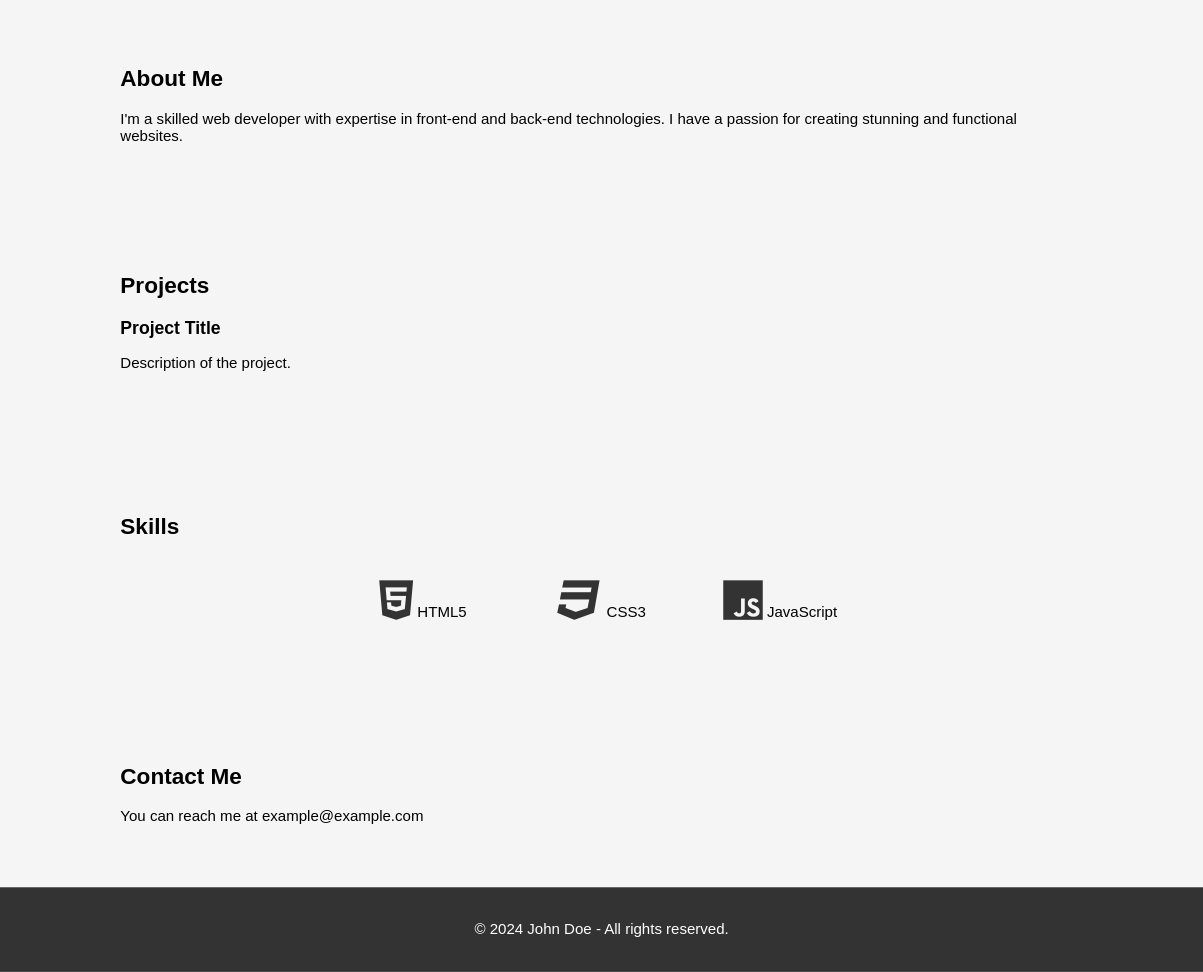
Repository: JaswanthT1/Portfolio
Page: index.html
These files come from the project's save history. The page is drawn as it stood at one moment and after a run of saves; the edit follows.
The browser window is 1280 px wide. The pictures show the part of the page from y = 718 to 1752 px (the page is 1752 px tall), at 94% of full size.

Above is the page before, as saved 2024-04-25 08:32:59.
Not found: script.js

### index.html
<!DOCTYPE html>
<html lang="en">
  <head>
    <meta charset="UTF-8" />
    <meta name="viewport" content="width=device-width, initial-scale=1.0" />
    <title>My Premium Portfolio</title>
    <link rel="stylesheet" href="style.css" />
    <link
      rel="stylesheet"
      href="https://cdnjs.cloudflare.com/ajax/libs/font-awesome/5.15.4/css/all.min.css"
    />
  </head>
  <body>
    <header>
      <div class="container">
        <h1>John Doe</h1>
        <nav>
          <ul>
            <li><a href="#about">About</a></li>
            <li><a href="#projects">Projects</a></li>
            <li><a href="#skills">Skills</a></li>
            <li><a href="#contact">Contact</a></li>
          </ul>
        </nav>
      </div>
    </header>

    <section id="hero">
      <div class="hero-content">
        <h2>Welcome to My Premium Portfolio</h2>
        <p>I'm a passionate developer ready to bring your projects to life.</p>
        <a href="#contact" class="btn">Hire Me</a>
      </div>
    </section>

    <section id="about">
      <div class="container">
        <h2>About Me</h2>
        <p>
          I'm a skilled web developer with expertise in front-end and back-end
          technologies. I have a passion for creating stunning and functional
          websites.
        </p>
      </div>
    </section>

    <section id="projects">
      <div class="container">
        <h2>Projects</h2>
        <div class="project">
          <h3>Project Title</h3>
          <p>Description of the project.</p>
        </div>
        <!-- Add more projects here -->
      </div>
    </section>

    <section id="skills">
      <div class="container">
        <h2>Skills</h2>
        <div class="skills">
          <div class="skill">
            <i class="fab fa-html5"></i>
            <span>HTML5</span>
          </div>
          <div class="skill">
            <i class="fab fa-css3"></i>
            <span>CSS3</span>
          </div>
          <div class="skill">
            <i class="fab fa-js"></i>
            <span>JavaScript</span>
          </div>
          <!-- Add more skills here -->
        </div>
      </div>
    </section>

    <section id="contact">
      <div class="container">
        <h2>Contact Me</h2>
        <p>You can reach me at example@example.com</p>
      </div>
    </section>

    <footer>
      <div class="container">
        <p>&copy; 2024 John Doe - All rights reserved.</p>
      </div>
    </footer>

    <script src="script.js"></script>
  </body>
</html>

### style.css
/* Basic styles */

body {
    font-family: Arial, sans-serif;
    margin: 0;
    padding: 0;
    background-color: #f5f5f5;
}

.container {
    width: 80%;
    margin: 0 auto;
}

header {
    background-color: #333;
    color: #fff;
    padding: 20px 0;
}

header h1 {
    margin: 0;
}

nav ul {
    list-style: none;
    padding: 0;
}

nav ul li {
    display: inline;
    margin-right: 20px;
}

nav ul li a {
    color: #fff;
    text-decoration: none;
}

section {
    padding: 50px 0;
}

/* Hero section styles */

#hero {
    background-image: url('hero-bg.jpg');
    background-size: cover;
    background-position: center;
    color: #fff;
    text-align: center;
    padding: 200px 0;
}

.hero-content {
    max-width: 600px;
    margin: 0 auto;
}

.hero-content h2 {
    font-size: 36px;
    margin-bottom: 20px;
}

.hero-content p {
    font-size: 18px;
    margin-bottom: 40px;
}

.btn {
    display: inline-block;
    background-color: #333;
    color: #fff;
    padding: 10px 20px;
    text-decoration: none;
    border-radius: 5px;
}

.btn:hover {
    background-color: #555;
}

/* Project section styles */

.project {
    margin-bottom: 30px;
}

.project h3 {
    margin-top: 0;
}

/* Skills section styles */

.skills {
    display: flex;
    flex-wrap: wrap;
    justify-content: center;
}

.skill {
    text-align: center;
    margin: 0 20px;
    padding: 20px 0;
    width: 150px;
}

.skill i {
    font-size: 48px;
    margin-bottom: 10px;
    color: #333;
}

/* Footer styles */

footer {
    background-color: #333;
    color: #fff;
    text-align: center;
    padding: 20px 0;
}

After the next 2 saves:
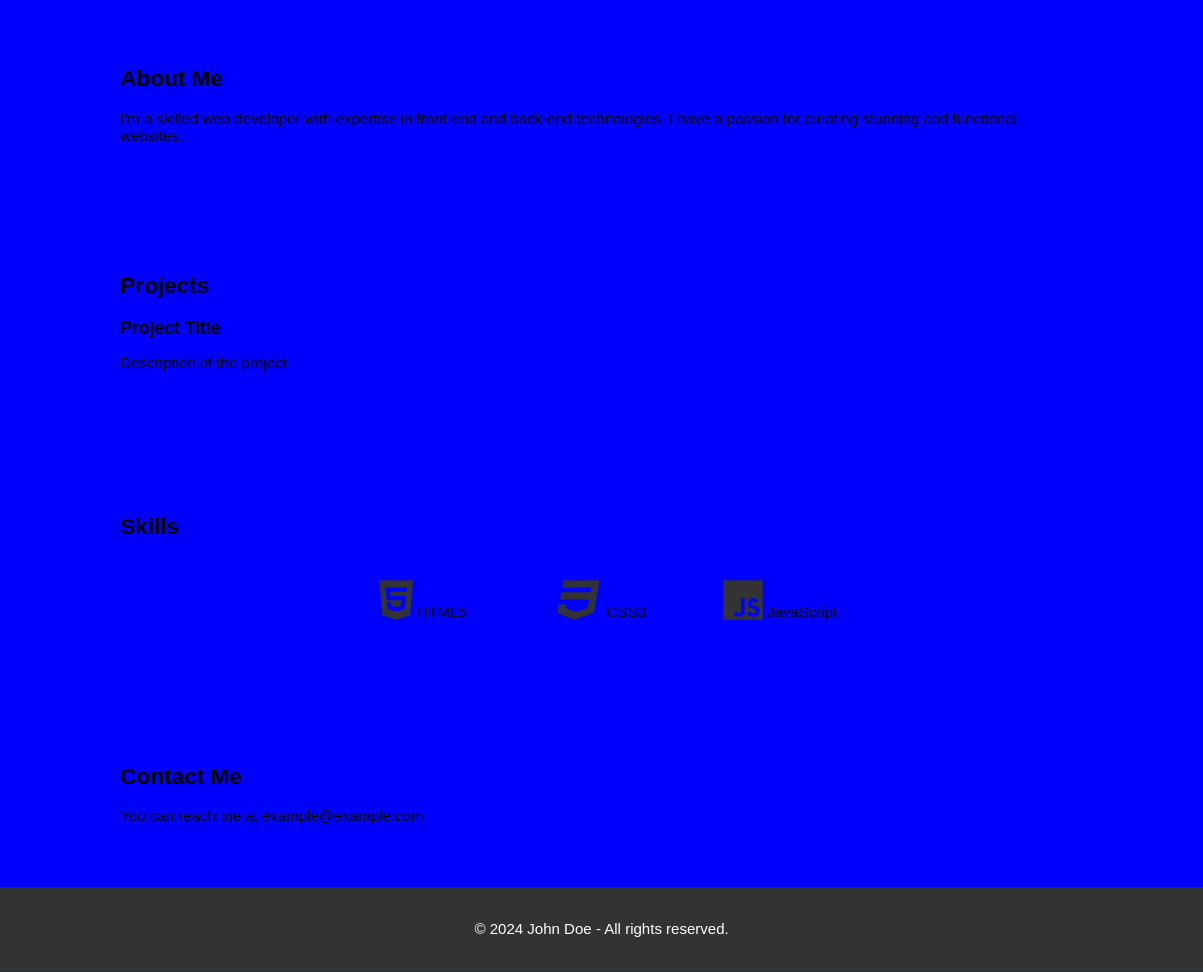
The 2 saves are shown as one change because they came seconds apart.
The last was saved 57 s later.
--- a/style.css
+++ b/style.css
@@ -4,7 +4,7 @@ body {
     font-family: Arial, sans-serif;
     margin: 0;
     padding: 0;
-    background-color: #f5f5f5;
+    background-color:blue;
 }
 
 .container {
